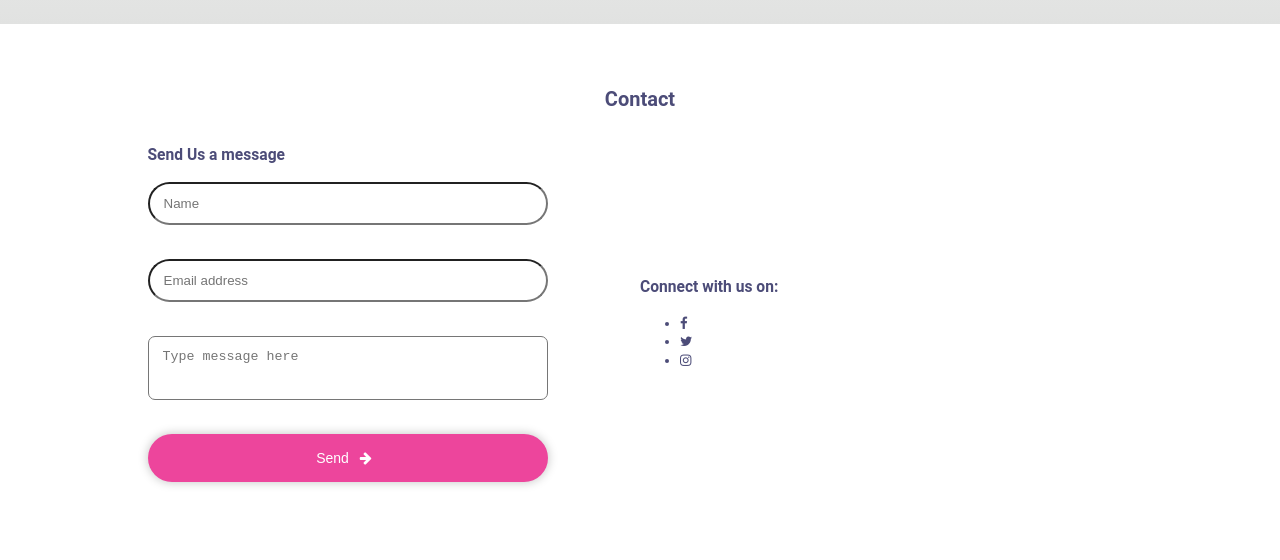
Repository: wisdomspine/emmatech-website
Page: index.html
An editor plug-in stored every save of this project. The page is shown before and after the next save, followed by the edit.
The browser window is 1280 px wide. The pictures show the part of the page from y = 1532 to 2092 px (the page is 2092 px tall before and 2088 px after).
A picture or video elsewhere on the page could not be fetched, so the positions and the page height are approximate.

Above is the page before, as saved 2020-11-02 12:35:56.

After the next save:
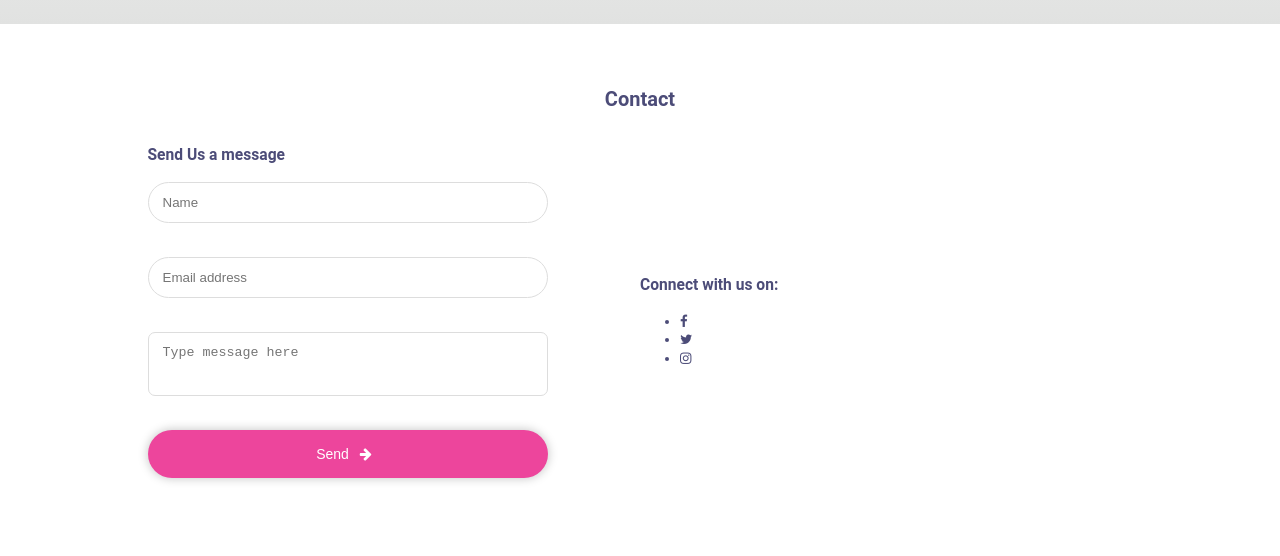
Saved 25 s later.
--- a/assets/styles/index.css
+++ b/assets/styles/index.css
@@ -137,6 +137,7 @@
 input, textarea{
     padding: 12px 14px;
     border-radius: 100px;
+    border: 1px solid #dddddd;
 }
 
 input, textarea, input:hover, input:active, textarea:hover, textarea:active{
